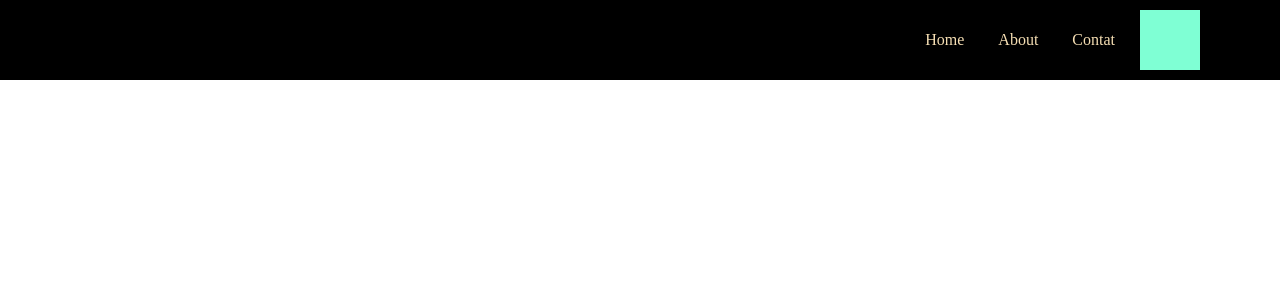
Repository: imokha01/toggleNavBar
Page: index.html
The author's editor kept a copy of each file at every save. The page is drawn from the files as they stood at one save, then again after the next save.
The browser window is 1280 px wide. The pictures show the whole page.

Above is the page before, as saved 2023-12-26 22:31:52.

### index.html
<!DOCTYPE html>
<html lang="en">
<head>
    <meta charset="UTF-8">
    <meta name="viewport" content="width=device-width, initial-scale=1.0">
    <title>Toggle Nav Bar</title>
    <link rel="stylesheet" href="style.css">
</head>
<body>
    <header class="header">
        <div class="header__content">
            <nav class="header__content__navbar">
                <li class="header__content__navbar__list">
                    <a href="#" class="header__content__navbar__link">Home</a>
                </li>
                <li class="header__content__navbar__list">
                    <a href="#" class="header__content__navbar__link">About</a>
                </li>
                <li class="header__content__navbar__list">
                    <a href="#" class="header__content__navbar__link">Contat</a>
                </li>
            </nav>
            <input type="checkbox" class="checkbox toggle-triger">
        </div>

    </header>
</body>
</html>

### style.css
*{
    margin: 0;
    padding: 0;
    box-sizing: border-box;
}

.header {
    background: #000;
    /* height: 70px; */

}


.header__content__navbar__list {
    display: inline-block;
    list-style-type: none;
}

.header__content__navbar__link{
    color: wheat;
    text-decoration: none;
    padding: 15px;
}

.header__content {
    display: flex;
    justify-content: end;
    align-items: center;
    padding: 10px 20px;

    gap: 10px;
}

.checkbox {
    width: 120px;
    height:60px;
    border-radius: 60px;
    appearance: none;
    position: relative;
    outline: none;
    cursor: pointer;
    transition: .5s;
}

.checkbox::before {
    height: 60px;
    width: 60px;
    position: absolute;
    top: 0;
    left: 0;
    content: "";
    background-color: aquamarine;
    border-radius: ;
}

After the next save:
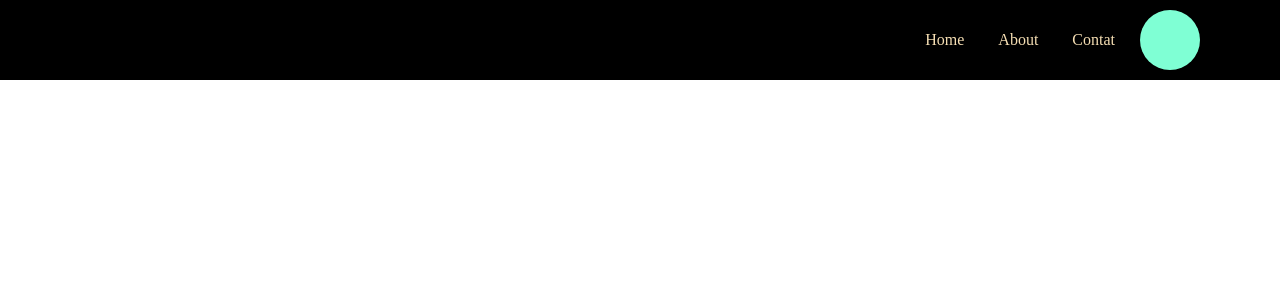
Saved 6 s later.
--- a/style.css
+++ b/style.css
@@ -50,5 +50,5 @@
     left: 0;
     content: "";
     background-color: aquamarine;
-    border-radius: ;
+    border-radius: 60px;
 }
